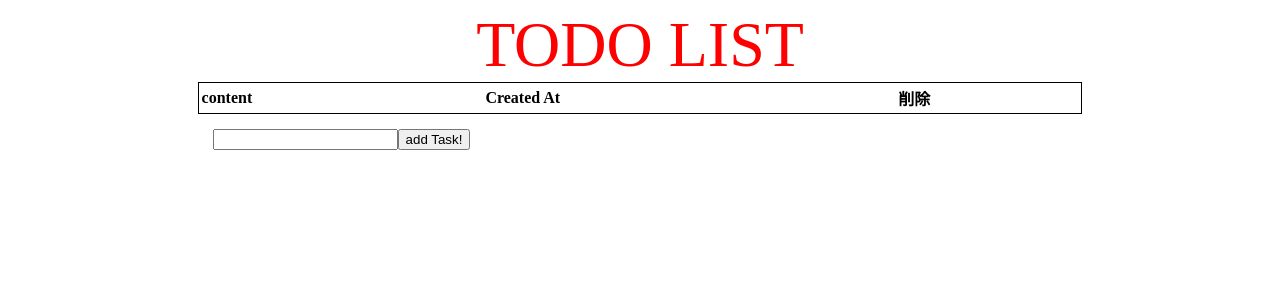
Repository: WistreHosshii/hacathon_todolList
Page: /
An editor plug-in stored every save of this project. The page is shown before and after the next save, followed by the edit.
The browser window is 1280 px wide. The pictures show the whole page.
The page's requests for data from a server got no answer. The project was rebuilt for these pictures with package versions that can differ from the ones it lists, and the page was loaded fresh each time. No one was signed in, and anything a server would have sent is missing.

Above is the page before, as saved 2019-06-11 00:29:45.

After the next save:
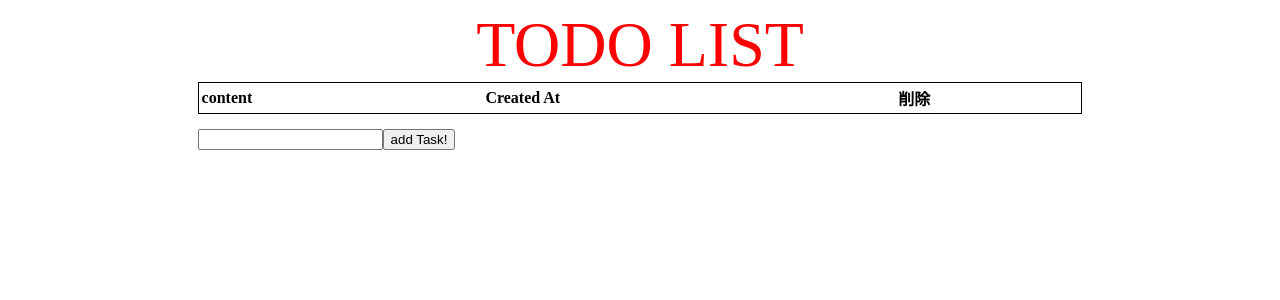
Saved 8 s later.
--- a/App.tsx
+++ b/App.tsx
@@ -18,7 +18,7 @@ const JobTable = styled.table`
   border: solid 1px black;
 `;
 const Form = styled.div`
-  padding: 15px;
+  padding-top: 15px;
 `;
 const TableWrapper = styled.div`
   margin: 0 auto;
